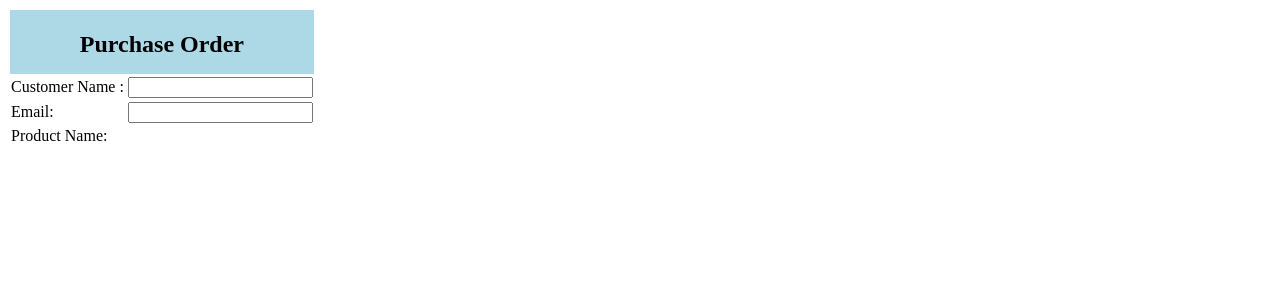
Repository: FatCat0712/JSP
Page: http://localhost/bai_20/
The author's editor kept a copy of each file at every save. The page is drawn from the files as they stood at one save, then again after the next save.
The browser window is 1280 px wide. The pictures show the whole page.
The page is served by Tomcat 9.

Above is the page before, as saved 2024-04-22 01:24:59.

### bai_20/src/main/webapp/index.jsp
<%@ page language="java" contentType="text/html; charset=UTF-8"
    pageEncoding="UTF-8"%>
<!DOCTYPE html>
<html>
<head>
<meta charset="UTF-8">
<title>Insert title here</title>
<style>
	body{
		align-self: center;
	}
</style>
</head>
<body>
<form action="trangDatHang.jsp" method="post">
	<table>
		<tr>
			<td colspan="2" style="background-color: lightblue; text-align: center">
				<h2 style="margin-bottom: 15px">Purchase Order</h2>
			</td>
		</tr>
		<tr>
			<td>
				<label>Customer Name : </label>
			</td>
			<td>
				<input type="text" name="name"/>
			</td>
		</tr>
		<tr>
			<td>
				<label>Email: </label>
			</td>
			<td>
				<input type="email" name="email"/>
			</td>
		</tr>
		<tr>
			<td>
				<label>Product Name: </label>
			</td>
		</tr>
	</table>
</form>

</body>
</html>

After the next save:
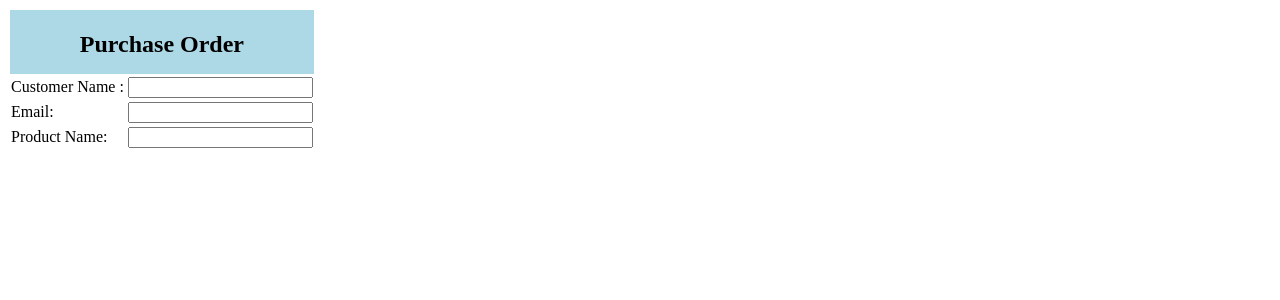
Saved 46 s later.
--- a/bai_20/src/main/webapp/index.jsp
+++ b/bai_20/src/main/webapp/index.jsp
@@ -39,6 +39,9 @@
 			<td>
 				<label>Product Name: </label>
 			</td>
+			<td>
+				<input type="text" name="productName"/>
+			</td>
 		</tr>
 	</table>
 </form>
